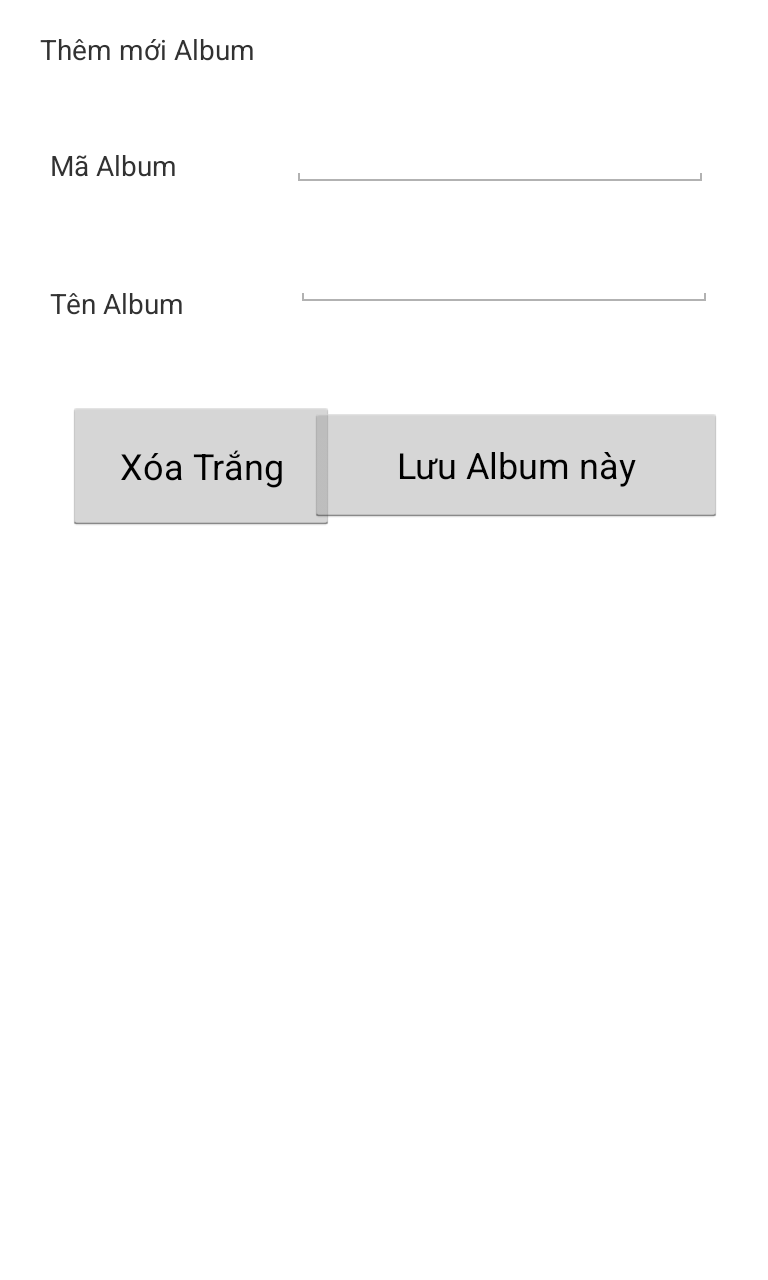
Repository: tvphu20th2/Android
Layout: QuanLyBH/res/layout/activity_them_album.xml
These files come from the project's save history. The layout is drawn as it stood at one moment and after the next save; the edit follows.
It is drawn on a 768 x 1280 px phone screen (xhdpi) without system bars, with theme AppTheme; the app's code is not run. The app's manifest (not shown) leaves right-to-left support off. So textAlignment, textDirection and layoutDirection are ignored, and left and right values win over start and end ones.

Above is the layout before, as saved 2022-11-02 03:58:11.

After the next save:
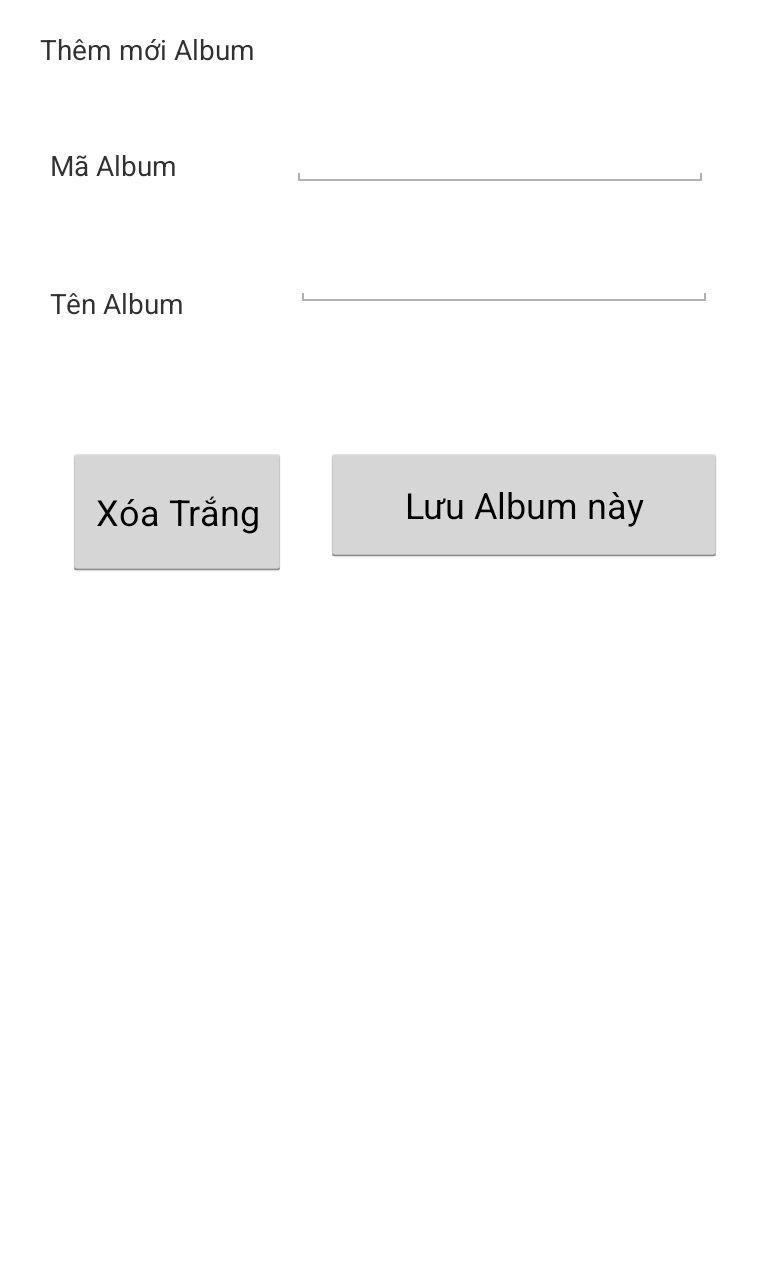
Saved 6 min 7 s later.
--- a/QuanLyBH/res/layout/activity_them_album.xml
+++ b/QuanLyBH/res/layout/activity_them_album.xml
@@ -33,26 +33,6 @@
         android:layout_marginTop="142dp"
         android:text="Tên Album" />
 
-    <Button
-        android:id="@+id/btnXoaAlbum_Them"
-        android:layout_width="135dp"
-        android:layout_height="66dp"
-        android:layout_alignParentStart="true"
-        android:layout_alignParentTop="true"
-        android:layout_marginStart="33dp"
-        android:layout_marginTop="200dp"
-        android:text="Xóa Trắng" />
-
-    <Button
-        android:id="@+id/btnLuuAlbum"
-        android:layout_width="208dp"
-        android:layout_height="59dp"
-        android:layout_alignParentTop="true"
-        android:layout_alignParentEnd="true"
-        android:layout_marginTop="203dp"
-        android:layout_marginEnd="22dp"
-        android:text="Lưu Album này" />
-
     <EditText
         android:id="@+id/editTextMaAlbum_Them"
         android:layout_width="wrap_content"
@@ -74,4 +54,27 @@
         android:layout_marginEnd="27dp"
         android:ems="10"
         android:inputType="textPersonName" />
+
+    <Button
+        android:id="@+id/btnLuuAlbum"
+        android:layout_width="208dp"
+        android:layout_height="59dp"
+        android:layout_alignParentEnd="true"
+        android:layout_alignRight="@+id/editTextTenAlbum_Them"
+        android:layout_below="@+id/textView4"
+        android:layout_marginEnd="22dp"
+        android:layout_marginTop="42dp"
+        android:layout_toRightOf="@+id/textView3"
+        android:text="Lưu Album này" />
+
+    <Button
+        android:id="@+id/btnXoaAlbum_Them"
+        android:layout_width="135dp"
+        android:layout_height="66dp"
+        android:layout_alignParentStart="true"
+        android:layout_alignRight="@+id/textView4"
+        android:layout_alignTop="@+id/btnLuuAlbum"
+        android:layout_marginStart="33dp"
+        android:text="Xóa Trắng" />
+
 </RelativeLayout>
